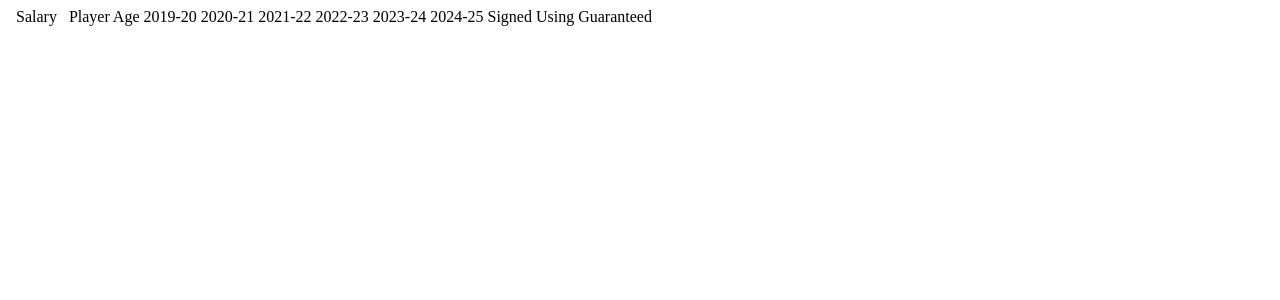
Repository: nate-hunter/nba-contracts
Page: backend/nba-contracts/dataHtml/headerContract.html
An editor plug-in stored every save of this project. The page is shown before and after the next save, followed by the edit.
The browser window is 1280 px wide. The pictures show the whole page.

Above is the page before, as saved 2019-09-04 19:23:20.

After the next save:
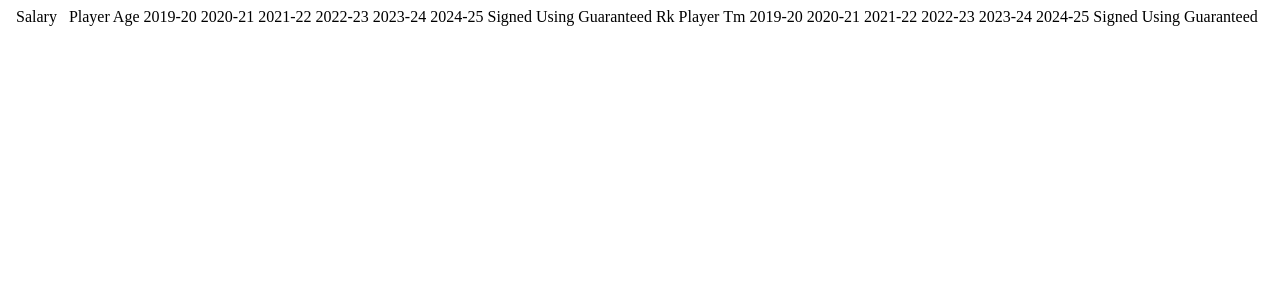
Saved 2 h 37 min later.
--- a/backend/nba-contracts/dataHtml/headerContract.html
+++ b/backend/nba-contracts/dataHtml/headerContract.html
@@ -1,5 +1,5 @@
  <thead>
-  <tr class="over_header">
+  <tr class="team_header">
    <th aria-label="" data-stat="&nbsp;" colspan="2" class=" over_header center">&nbsp;</th>
    <th aria-label="" data-stat="header_salary" colspan="6" class=" over_header center">Salary</th>
    <th aria-label="" data-stat="&nbsp;" colspan="2" class=" over_header center">&nbsp;</th>
@@ -17,3 +17,19 @@
    <th aria-label="The amount of a player's remaining salary that is guaranteed." data-stat="remain_gtd" scope="col" class=" poptip center" data-tip="The amount of a player's remaining salary that is guaranteed.">Guaranteed</th>
   </tr>
  </thead>
+
+  <thead>
+  <tr class="players_header">
+   <th aria-label="Rank" data-stat="ranker" scope="col" class="ranker poptip sort_default_asc show_partial_when_sorting right" data-tip="Rank">Rk</th>
+   <th aria-label="Player" data-stat="player" scope="col" class=" poptip sort_default_asc left">Player</th>
+   <th aria-label="Team" data-stat="team_id" scope="col" class=" poptip sort_default_asc left" data-tip="Team">Tm</th>
+   <th aria-label="2019-20" data-stat="y1" scope="col" class=" poptip center" data-over-header="Salary">2019-20</th>
+   <th aria-label="2020-21" data-stat="y2" scope="col" class=" poptip center" data-over-header="Salary">2020-21</th>
+   <th aria-label="2021-22" data-stat="y3" scope="col" class=" poptip center" data-over-header="Salary">2021-22</th>
+   <th aria-label="2022-23" data-stat="y4" scope="col" class=" poptip center" data-over-header="Salary">2022-23</th>
+   <th aria-label="2023-24" data-stat="y5" scope="col" class=" poptip center" data-over-header="Salary">2023-24</th>
+   <th aria-label="2024-25" data-stat="y6" scope="col" class=" poptip center" data-over-header="Salary">2024-25</th>
+   <th aria-label="Signed Using" data-stat="signed_using" scope="col" class=" poptip sort_default_asc left">Signed Using</th>
+   <th aria-label="The amount of a player's remaining salary that is guaranteed." data-stat="remain_gtd" scope="col" class=" poptip right" data-tip="The amount of a player's remaining salary that is guaranteed.">Guaranteed</th>
+  </tr>
+ </thead>
